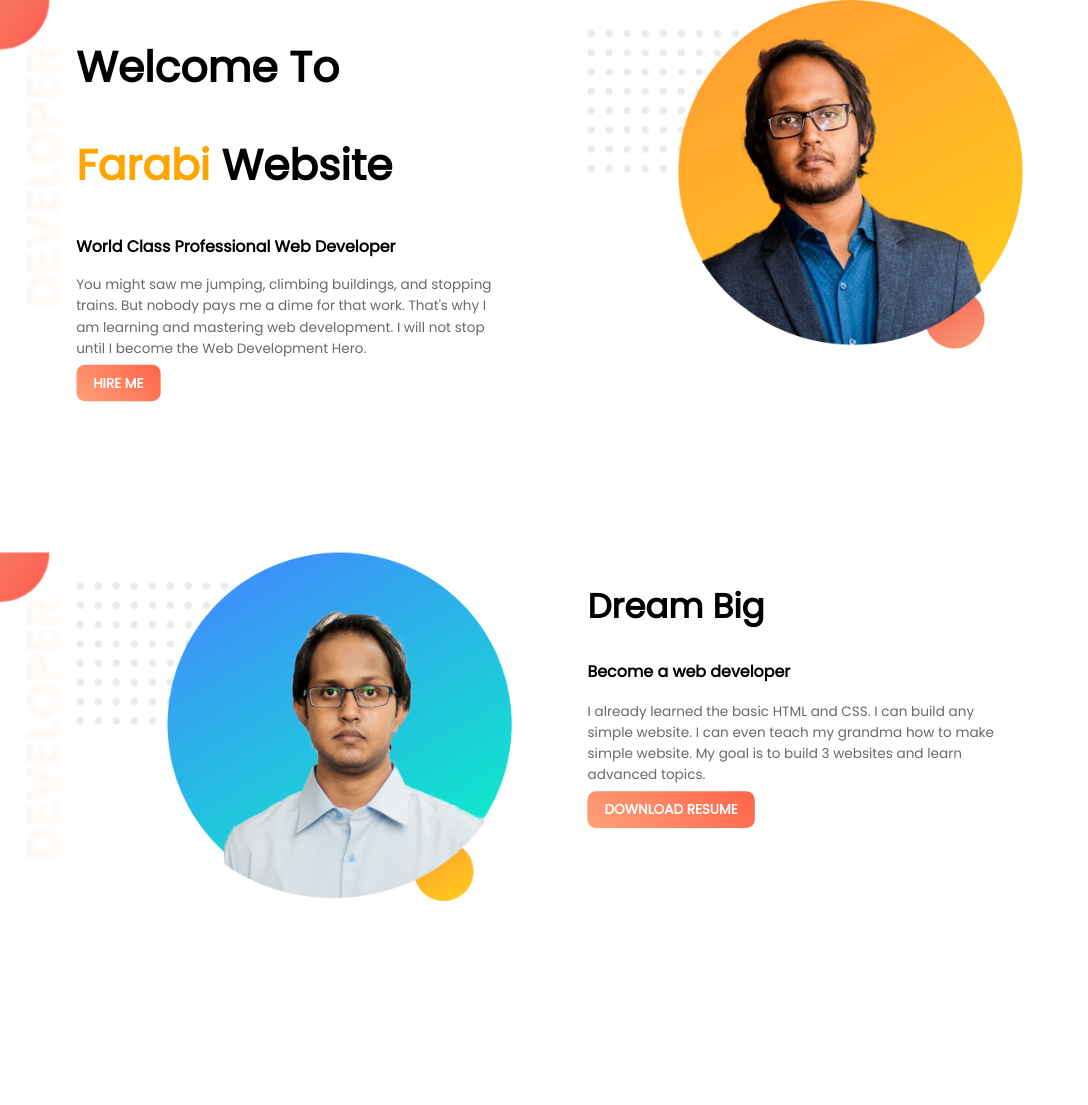
Repository: mohsinfarabi/web-portfolio
Page: index.html
An editor plug-in stored every save of this project. The page is shown before and after the next save, followed by the edit.
The browser window is 1280 px wide. The pictures show the whole page, at 85% of full size.

Above is the page before, as saved 2020-06-30 23:31:32.

After the next save:
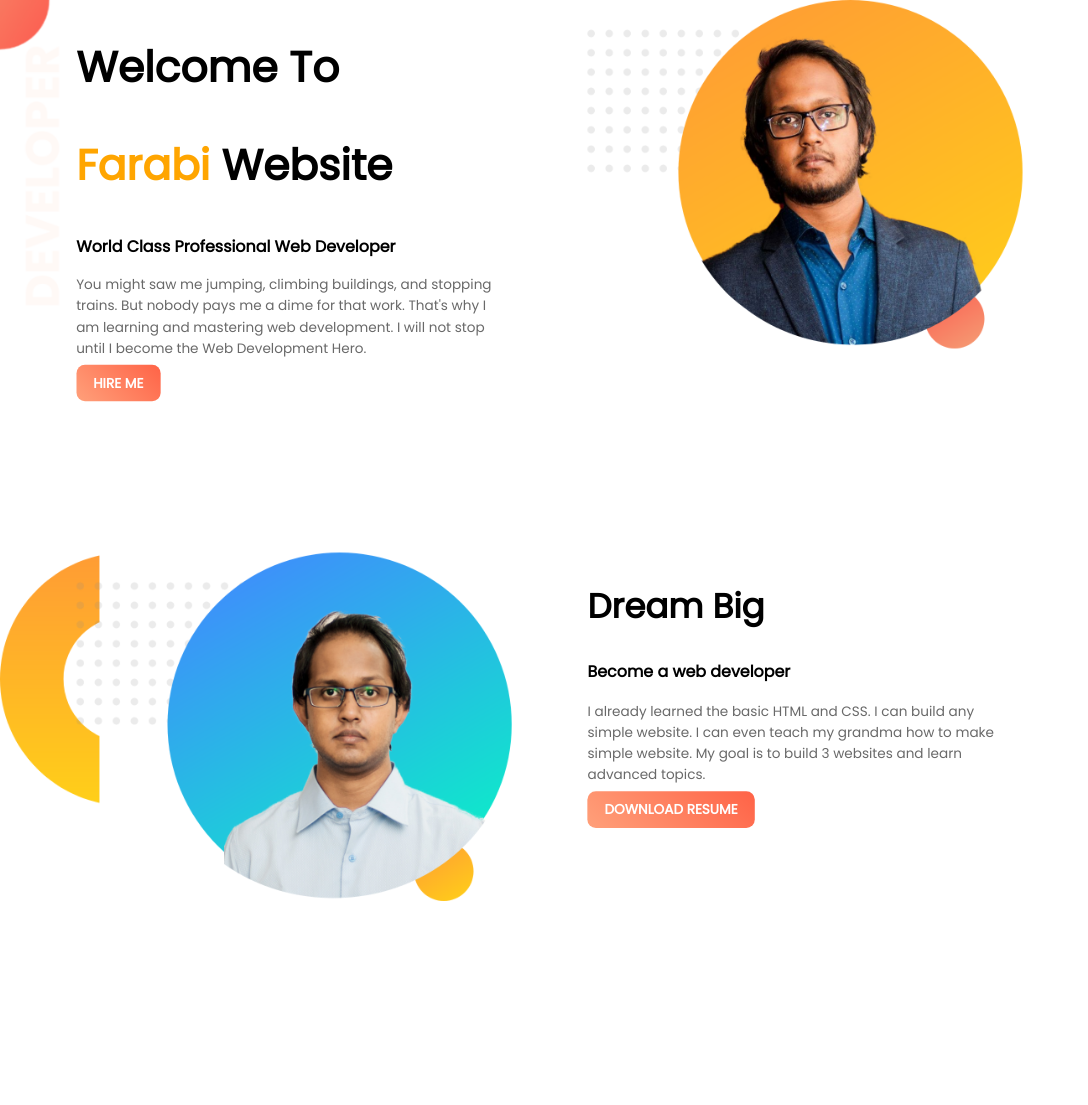
Saved 2 min 16 s later.
--- a/style.css
+++ b/style.css
@@ -36,7 +36,7 @@ p {
 }
 
 .dream-area {
-    background-image: url(images/top-banner.png);
+    background-image: url(images/dream-bg.png);
     background-repeat: no-repeat;
 }
 
